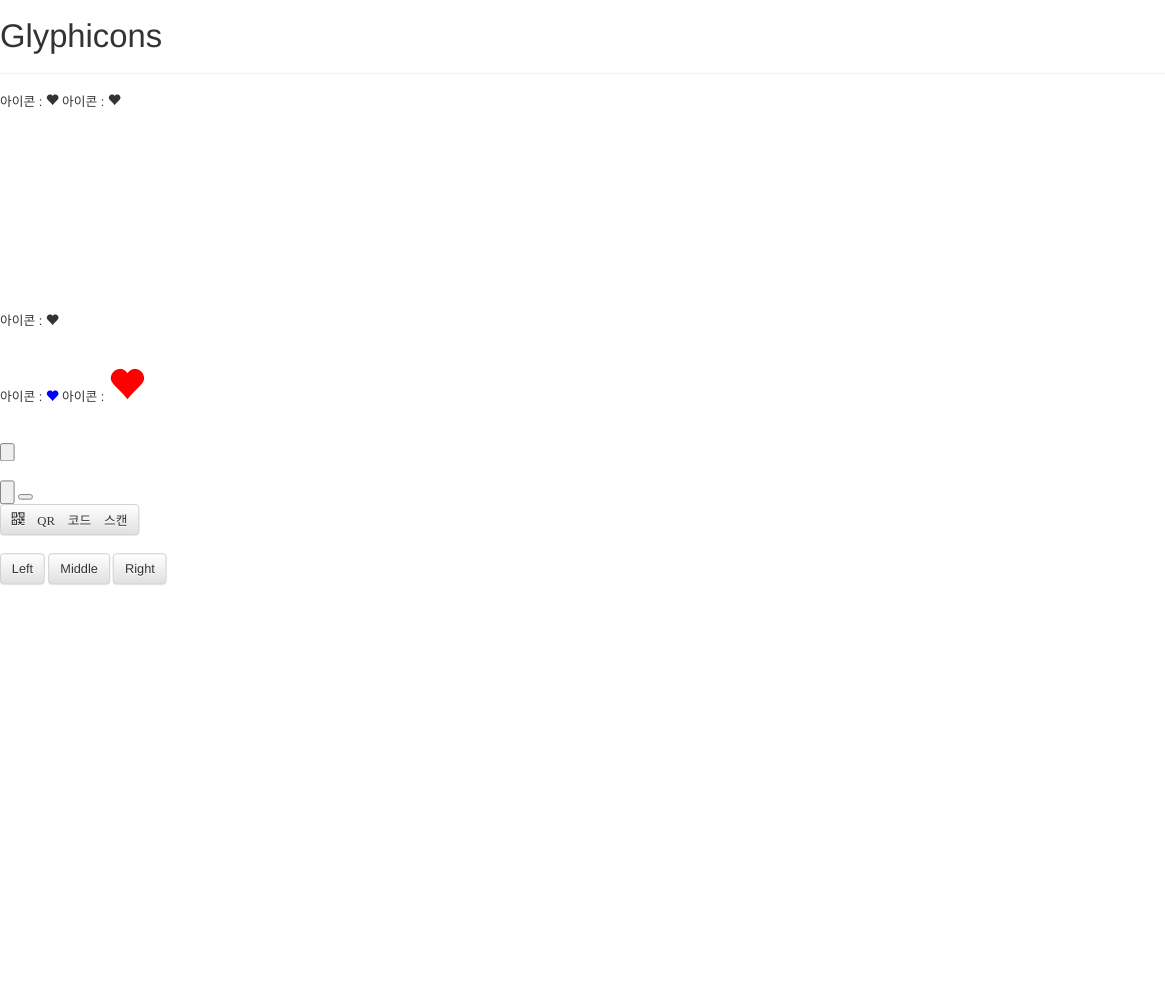
Repository: Umkimisstrong/UM_Webbb
Page: BootstrapApp/WebContent/BootEx08.html
The author's editor kept a copy of each file at every save. The page is drawn from the files as they stood at one save, then again after the next save.
The browser window is 1280 px wide. The pictures show the whole page, at 91% of full size.

Above is the page before, as saved 2022-05-16 05:30:56.

### BootstrapApp/WebContent/BootEx08.html
<!DOCTYPE html>
<html>
<head>
<meta charset="UTF-8">
<title>BootEx08.html</title>

<link rel="stylesheet" type="text/css" href="css/bootstrap.css">
<script type="text/javascript" src="http://code.jquery.com/jquery.min.js"></script>
<script type="text/javascript" src="js/bootstrap.min.js"></script>


<!-- 추가 check!! -->
<link rel="stylesheet" type="text/css" href="css/bootstrap-theme.css">

</head>
<body>

<div>
	<h1>Glyphicons</h1>
	<hr />
</div>


<!-- glyphicon 의 속성은 text 이다... (그림처럼 보이지만) -->
<div>
	아이콘 : <span class="glyphicon glyphicon-heart"></span>
	아이콘 : <span class="glyphicon glyphicon-heart" style="height: 200px;"></span>
</div>
<br /><br />

<div>
	아이콘 : <span class="glyphicon glyphicon-heart" style="width: 200px;"></span>
</div>
<br /><br />


<div>
	아이콘 : <span class="glyphicon glyphicon-heart" style="color: blue;"></span>
	아이콘 : <span class="glyphicon glyphicon-heart" style="font-size: 30pt; color: red;""></span>
</div>
<br /><br />


<!-- 글리피콘 QR 코드 적용은 안돼네? -->
<!-- Attribute Content Type → Simple Type ▶ 적용되지 않음 -->
<div>
	<input type="button"  class="glyphicon glyphicon-qrcode"/>
</div>
<br />

<!-- Simple type -->
<input type="button" />

<!-- Complex type -->
<button type="button"></button>

<!-- Atrribute Content type - complex type 적용됨 -->
<div>
	<button type="button" class="btn btn-default">
		<span class="glyphicon glyphicon-qrcode">
		  QR 코드 스캔
		</span>
	</button>
</div>

<br />

<div>
	<button type="button" class="btn btn-default">Left</button>

	<button type="button" class="btn btn-default">Middle</button>

	<button type="button" class="btn btn-default">Right</button>
</div>

<br /><br />






















<br />
<br />
<br />
<br />
<br />
<br />
<br />
<br />
<br />
<br />
<br />
<br />
<br />
<br />
<br />
<br />
<br />
<br />
<br />
<br />









</body>
</html>

Loaded but not shown: BootstrapApp/WebContent/css/bootstrap.css (library); BootstrapApp/WebContent/js/bootstrap.min.js (library); BootstrapApp/WebContent/css/bootstrap-theme.css (library)

After the next save:
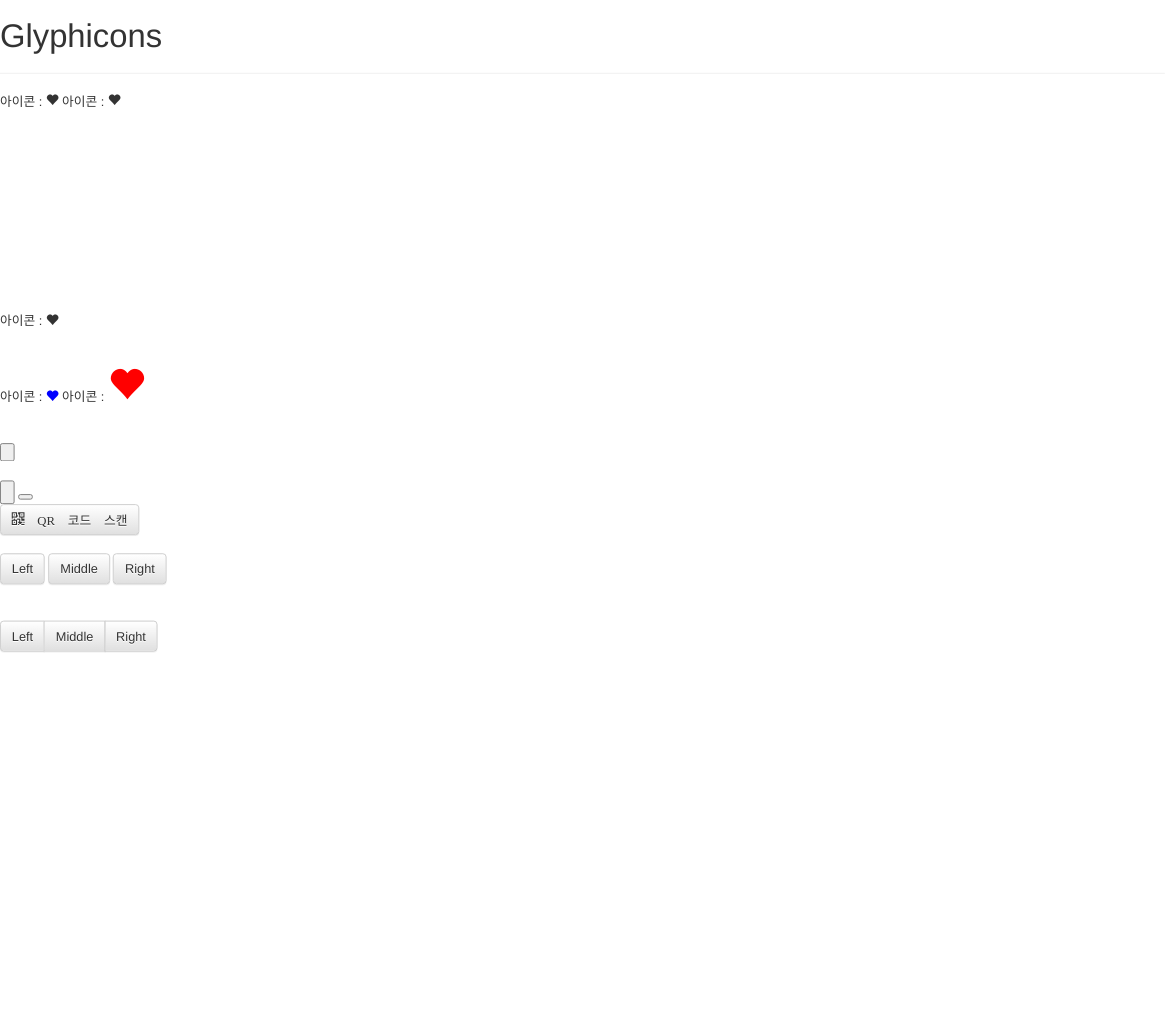
Saved 16 s later.
--- a/BootstrapApp/WebContent/BootEx08.html
+++ b/BootstrapApp/WebContent/BootEx08.html
@@ -76,6 +76,17 @@
 <br /><br />
 
 
+<div class="btn-group">
+	<button type="button" class="btn btn-default">Left</button>
+
+	<button type="button" class="btn btn-default">Middle</button>
+
+	<button type="button" class="btn btn-default">Right</button>
+</div>
+
+<br /><br />
+
+
 
 
 
